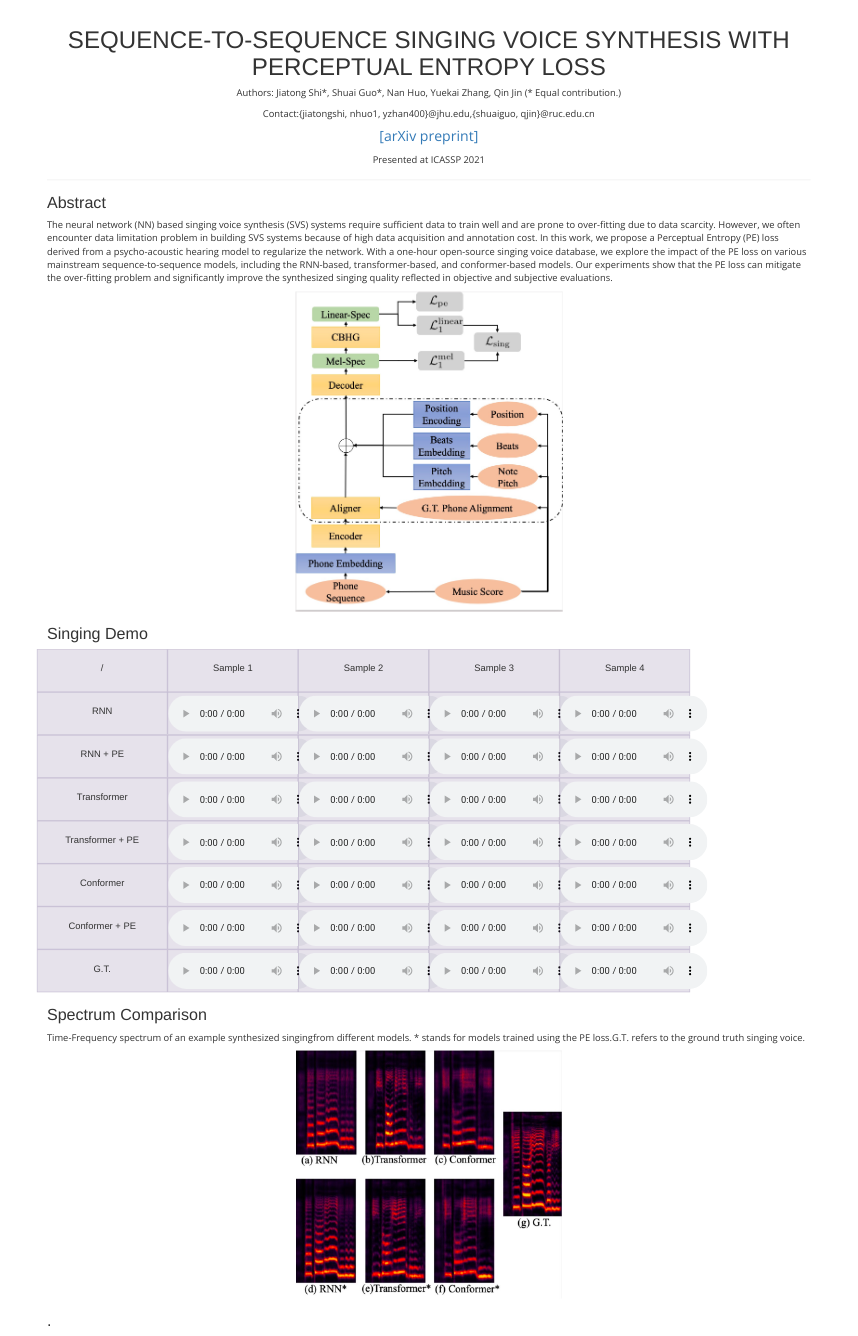
Repository: PeterGuoRuc/SVS_pe.github.io
Page: index.html
The author's editor kept a copy of each file at every save. The page is drawn from the files as they stood at one save, then again after the next save.
The browser window is 1280 px wide. The pictures show the whole page, at 67% of full size.

Above is the page before, as saved 2021-06-06 20:22:14.

### index.html
<!DOCTYPE html>
<html lang="en">
  <head>
    <meta charset="utf-8">
    <meta http-equiv="X-UA-Compatible" content="IE=edge">
    <meta name="viewport" content="width=device-width, initial-scale=1">
    <meta name="description" content="">
    <meta name="author" content="">
    <link rel="shortcut icon" type="image/x-icon" href="../favicon.ico">

    <title>SEQUENCE-TO-SEQUENCE SINGING VOICE SYNTHESIS WITH PERCEPTUAL ENTROPY LOSS</title>

    <!-- Fonts -->
    <link href="https://fonts.googleapis.com/css?family=Abril+Fatface|Open+Sans" rel="stylesheet">

    <!-- Bootstrap core CSS -->
    <!--<link href="bootstrap/dist/css/bootstrap.min.css" rel="stylesheet">-->
    <link href="https://maxcdn.bootstrapcdn.com/bootstrap/3.3.7/css/bootstrap.min.css" rel="stylesheet">

    <!-- IE10 viewport hack for Surface/desktop Windows 8 bug -->
    <!--<link href="bootstrap/assets/css/ie10-viewport-bug-workaround.css" rel="stylesheet">-->
    <link href="https://maxcdn.bootstrapcdn.com/css/ie10-viewport-bug-workaround.css" rel="stylesheet">

    <!-- Custom styles for this template -->
    <link href="poster.css" rel="stylesheet">

    <!-- Just for debugging purposes. Don't actually copy these 2 lines! -->
    <!--[if lt IE 9]><script src="bootstrap/assets/js/ie8-responsive-file-warning.js"></script><![endif]-->
    <!--<script src="bootstrap/assets/js/ie-emulation-modes-warning.js"></script>-->

    <!-- HTML5 shim and Respond.js for IE8 support of HTML5 elements and media queries -->
    <!--[if lt IE 9]>
      <script src="https://oss.maxcdn.com/html5shiv/3.7.3/html5shiv.min.js"></script>
      <script src="https://oss.maxcdn.com/respond/1.4.2/respond.min.js"></script>
    <![endif]-->
  </head>

  <body>
    <div class="container">

      <div class="page-header">
        <h1>
          SEQUENCE-TO-SEQUENCE SINGING VOICE SYNTHESIS WITH PERCEPTUAL ENTROPY LOSS
        </h1>
        <p class="centered">
          Authors: Jiatong Shi*, Shuai Guo*, Nan Huo, Yuekai Zhang, Qin Jin (* Equal contribution.)
        </p>
        <p class="centered">
          Contact:{jiatongshi, nhuo1, yzhan400}@jhu.edu,{shuaiguo, qjin}@ruc.edu.cn
        </p>
        <p class="lead">
          <a class="lead_link" href="https://arxiv.org/abs/2010.12024">[arXiv preprint]</a>
        </p>
        <p class="centered">Presented at ICASSP 2021</p>
      </div>

      <h3>Abstract</h3>
      <p>The neural network (NN) based singing voice synthesis (SVS) systems require sufficient data to train well and are prone to over-fitting due to data scarcity.
        However, we often encounter data limitation problem in building SVS systems because of high data acquisition and annotation cost.
        In this work, we propose a Perceptual Entropy (PE) loss derived from a psycho-acoustic hearing model to regularize the network.
        With a one-hour open-source singing voice database, we explore the impact of the PE loss on various mainstream sequence-to-sequence models, including the RNN-based, transformer-based, and conformer-based models.
        Our experiments show that the PE loss can mitigate the over-fitting problem and significantly improve the synthesized singing quality reflected in objective and subjective evaluations.
      </p>

      <center><img src="images/svs_model.jpg" height="35%" width="35%"></center>

      <h3>Singing Demo</h3>
      <div class="row">
        <div class="col-md-2">/</div>
        <div class="col-md-2">Sample 1</div>
        <div class="col-md-2">Sample 2</div>
        <div class="col-md-2">Sample 3</div>
        <div class="col-md-2">Sample 4</div>
      </div>
      <div class="row">
        <div class="col-md-2">RNN</div>
        <div class="col-md-2"><audio src="files/rnn/3.wav" controls></audio></div>
        <div class="col-md-2"><audio src="files/rnn/6.wav" controls></audio></div>
        <div class="col-md-2"><audio src="files/rnn/7.wav" controls></audio></div>
        <div class="col-md-2"><audio src="files/rnn/9.wav" controls></audio></div>
      </div>
      <div class="row">
        <div class="col-md-2">RNN + PE</div>
        <div class="col-md-2"><audio src="files/rnn_pe/3.wav" controls></audio></div>
        <div class="col-md-2"><audio src="files/rnn_pe/6.wav" controls></audio></div>
        <div class="col-md-2"><audio src="files/rnn_pe/7.wav" controls></audio></div>
        <div class="col-md-2"><audio src="files/rnn_pe/9.wav" controls></audio></div>
      </div>
      <div class="row">
        <div class="col-md-2">Transformer</div>
        <div class="col-md-2"><audio src="files/glu/3.wav" controls></audio></div>
        <div class="col-md-2"><audio src="files/glu/6.wav" controls></audio></div>
        <div class="col-md-2"><audio src="files/glu/7.wav" controls></audio></div>
        <div class="col-md-2"><audio src="files/glu/9.wav" controls></audio></div>
      </div>
      <div class="row">
        <div class="col-md-2">Transformer + PE</div>
        <div class="col-md-2"><audio src="files/glu_pe/3.wav" controls></audio></div>
        <div class="col-md-2"><audio src="files/glu_pe/6.wav" controls></audio></div>
        <div class="col-md-2"><audio src="files/glu_pe/7.wav" controls></audio></div>
        <div class="col-md-2"><audio src="files/glu_pe/9.wav" controls></audio></div>
      </div>
      <div class="row">
        <div class="col-md-2">Conformer</div>
        <div class="col-md-2"><audio src="files/conformer/3.wav" controls></audio></div>
        <div class="col-md-2"><audio src="files/conformer/6.wav" controls></audio></div>
        <div class="col-md-2"><audio src="files/conformer/7.wav" controls></audio></div>
        <div class="col-md-2"><audio src="files/conformer/9.wav" controls></audio></div>
      </div>
      <div class="row">
        <div class="col-md-2">Conformer + PE</div>
        <div class="col-md-2"><audio src="files/conformer_pe/3.wav" controls></audio></div>
        <div class="col-md-2"><audio src="files/conformer_pe/6.wav" controls></audio></div>
        <div class="col-md-2"><audio src="files/conformer_pe/7.wav" controls></audio></div>
        <div class="col-md-2"><audio src="files/conformer_pe/9.wav" controls></audio></div>
      </div>
      <div class="row">
        <div class="col-md-2">G.T.</div>
        <div class="col-md-2"><audio src="files/GT/3_true.wav" controls></audio></div>
        <div class="col-md-2"><audio src="files/GT/6_true.wav" controls></audio></div>
        <div class="col-md-2"><audio src="files/GT/7_true.wav" controls></audio></div>
        <div class="col-md-2"><audio src="files/GT/9_true.wav" controls></audio></div>
      </div>

      <h3>Spectrum Comparison</h3>
      <p>Time-Frequency spectrum of an example synthesized singingfrom different models.
        * stands for models trained using the PE loss.G.T. refers to the ground truth singing voice.
      </p>
      <center><img src="images/spec_compare.jpg" height="35%" width="35%"></center>

      <h3>.</h3>


    </div> <!-- /container -->


    <!-- IE10 viewport hack for Surface/desktop Windows 8 bug -->
    <!--<script src="bootstrap/assets/js/ie10-viewport-bug-workaround.js"></script>-->
    <script src="https://maxcdn.bootstrapcdn.com/js/ie10-viewport-bug-workaround.js"></script>
  </body>
</html>

### poster.css

p {
  font-family: 'Open Sans', sans-serif;
  margin: 10px 0 10px;
}

.lead_link {
  margin: 0 5px 0 5px;
}

.lead {
  text-align: center;
  margin-bottom: 0;
}

.centered {
  text-align: center;
}

.image_title {
  text-align: center;
}

img.figure {
  display: block;
  margin-left: auto;
  margin-right: auto;
  max-width: 100%;
}

h1 {
  /* font-family: 'Abril Fatface', cursive; */
  text-align: center;
}

h4 {
  margin-top: 25px;
}
.row {
  margin-bottom: 0px;
  position: relative;
}

/* vertically center audio players */
.row audio {
    position: absolute;
    top: 0;
    left: 0;
    bottom: 0;
    right: 0;
    margin: auto;
    display: block;
    width: 220px;
}

[class*="col-"] {
  padding-top: 17px;
  padding-bottom: 17px;
  background-color: #eee;
  background-color: rgba(86,61,124,.15);
  border: 1px solid #ddd;
  border: 1px solid rgba(86,61,124,.2);
  height: 64px;
  text-align: center;
}

hr {
  margin-top: 40px;
  margin-bottom: 40px;
}

After the next save:
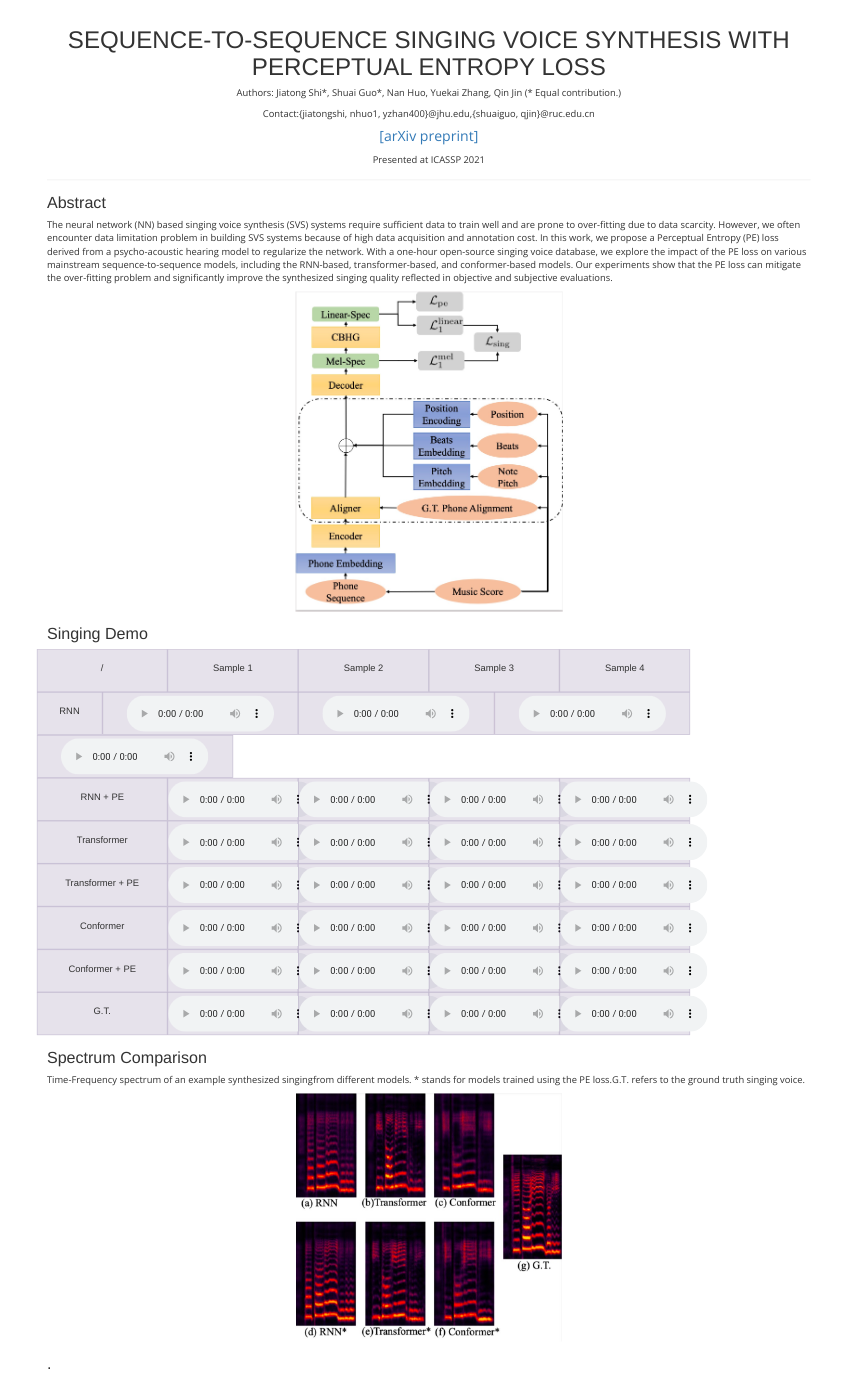
Saved 30 s later.
--- a/index.html
+++ b/index.html
@@ -73,11 +73,11 @@
         <div class="col-md-2">Sample 4</div>
       </div>
       <div class="row">
-        <div class="col-md-2">RNN</div>
-        <div class="col-md-2"><audio src="files/rnn/3.wav" controls></audio></div>
-        <div class="col-md-2"><audio src="files/rnn/6.wav" controls></audio></div>
-        <div class="col-md-2"><audio src="files/rnn/7.wav" controls></audio></div>
-        <div class="col-md-2"><audio src="files/rnn/9.wav" controls></audio></div>
+        <div class="col-md-1">RNN</div>
+        <div class="col-md-3"><audio src="files/rnn/3.wav" controls></audio></div>
+        <div class="col-md-3"><audio src="files/rnn/6.wav" controls></audio></div>
+        <div class="col-md-3"><audio src="files/rnn/7.wav" controls></audio></div>
+        <div class="col-md-3"><audio src="files/rnn/9.wav" controls></audio></div>
       </div>
       <div class="row">
         <div class="col-md-2">RNN + PE</div>
